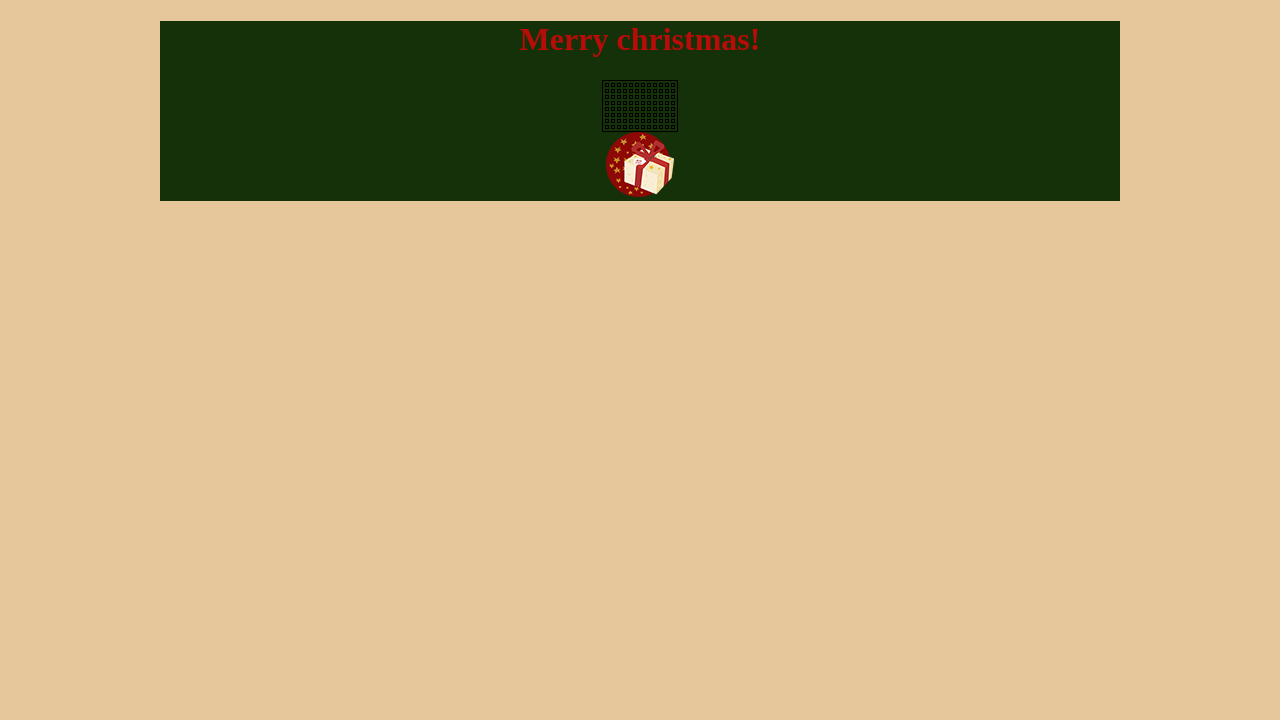
Repository: Angamanga/1dv403-laborationer
Page: 3-gameon/memory/index.html
The author's editor kept a record of every edit. The page is drawn from the files as they stood at one moment, then again after the next edit.
The browser window is 1280 px wide. The pictures show the whole page.
Some web fonts or font styles are not loaded; a fallback is used.

Above is the page before.

After the next edit:
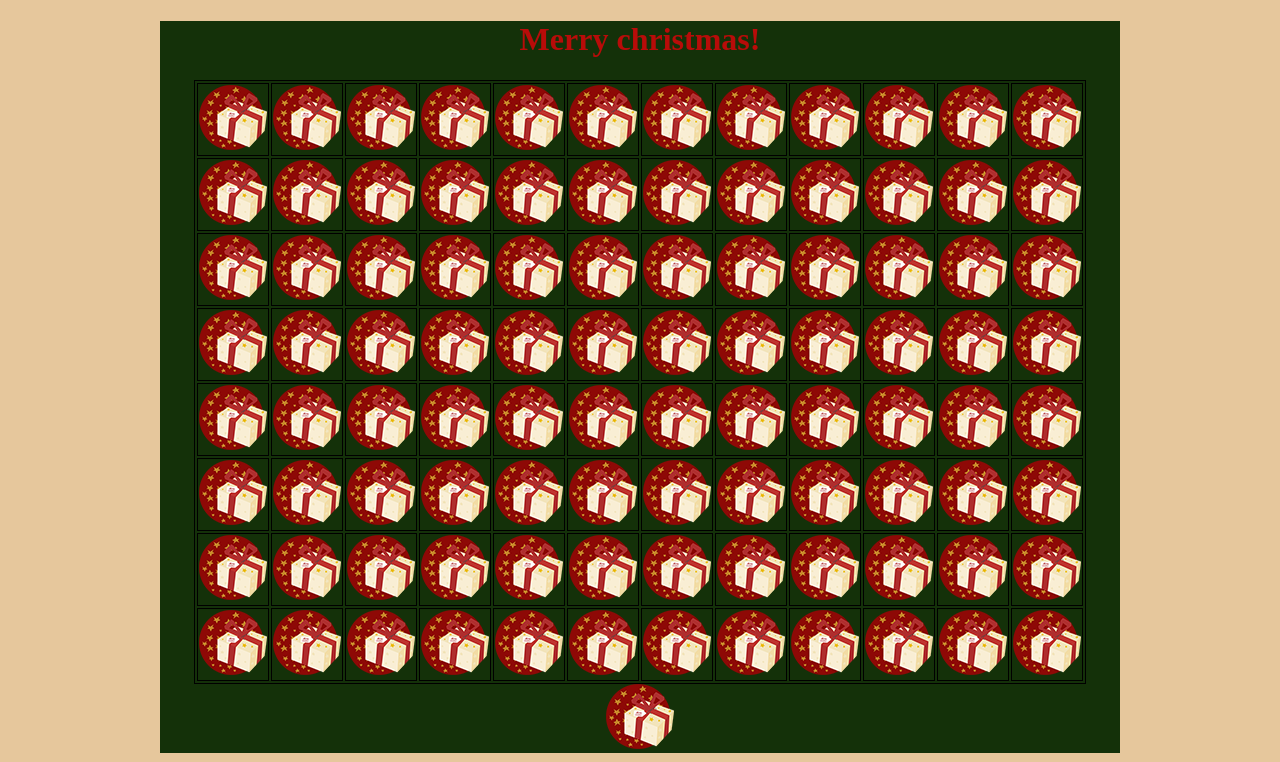
The edit:
--- a/3-gameon/memory/js/memory.js
+++ b/3-gameon/memory/js/memory.js
@@ -15,6 +15,10 @@
 for(var j =1;j<=this.cols;j++){
 var cols = document.createElement("TD");
 rows.appendChild(cols);
+var backImage = document.createElement("img");
+backImage.src= "pics/back.png";
+backImage.classname="backImage";
+cols.appendChild(backImage);
 }
 table.appendChild(rows);
 }
